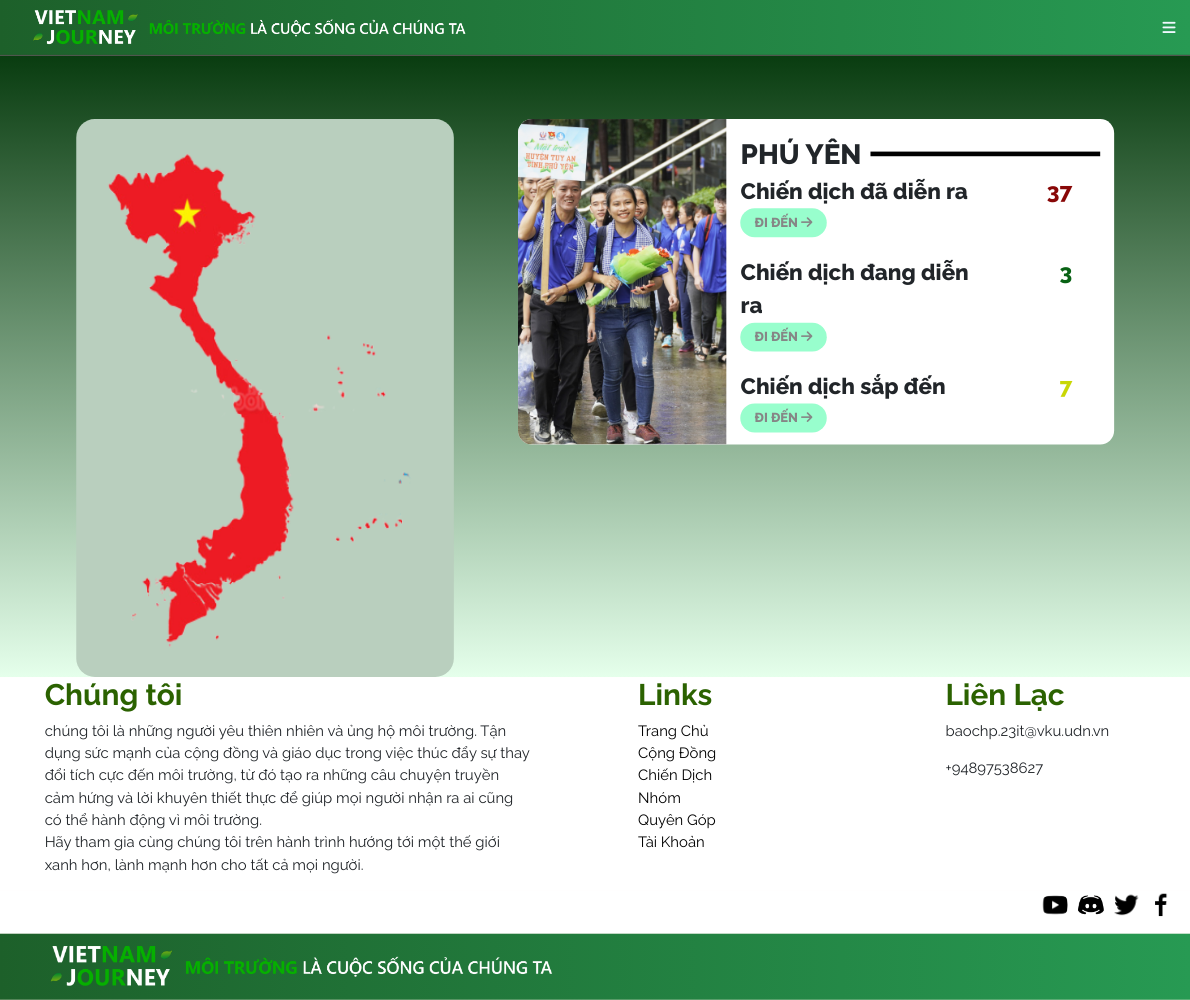
Repository: Boima12/Boima12.github.io_VietnamJourney
Page: HTML/ChienDich/ChienDich.html
An editor plug-in stored every save of this project. The page is shown before and after the next save, followed by the edit.
The browser window is 1280 px wide. The pictures show the whole page, at 93% of full size.

Above is the page before, as saved 2024-05-25 08:06:23.

### HTML/ChienDich/ChienDich.html
<!DOCTYPE html>
<HTML lang="en">

<HEAD>
    <TITLE>Chiến Dịch</TITLE>
    <meta charset="UTF-8">
    <meta name="viewport" content="width=device-width, initial-scale=1.0">

    <!-- CSS -->
    <link rel="stylesheet" href="ChienDich.css">

    <!-- Favicon -->
    <link rel="icon" type="image/x-icon" href="../../Images/yo.ico">

    <!--Bootstrap 5-->
    <link href="https://cdn.jsdelivr.net/npm/bootstrap@5.3.3/dist/css/bootstrap.min.css" rel="stylesheet">
    <script src="https://cdn.jsdelivr.net/npm/bootstrap@5.3.3/dist/js/bootstrap.bundle.min.js"></script>
    <!-- <link rel="stylesheet" href="https://cdn.jsdelivr.net/npm/bootstrap@4.6.2/dist/css/bootstrap.min.css" integrity="sha384-xOolHFLEh07PJGoPkLv1IbcEPTNtaed2xpHsD9ESMhqIYd0nLMwNLD69Npy4HI+N" crossorigin="anonymous"> -->
    <!-- Font Awesome -->
    <link rel="stylesheet" href="https://cdnjs.cloudflare.com/ajax/libs/font-awesome/6.5.1/css/all.min.css">
</HEAD>



<BODY style="background-color: #FFF4E6;">

    <!-- header là Navigation bar -->
    <header id="header1">
        <div class="logo">
            <img class="logo1" src="../../Images/header1.png" onclick="navToIntro()" style="height: 40px;">
            <img class="logo2" src="../../Images/header2.png" onclick="navToIntro()">
        </div>

        <div class="links">
            <nav>
                <a href="../TrangChu/TrangChu.html">TRANG CHỦ</a>
                <a href="../CongDong/CongDong.html">CỘNG ĐỒNG</a>
                <a href="../ChienDich/ChienDich.html">CHIẾN DỊCH</a>
                <a href="../Nhom/Nhom.html">NHÓM</a>
                <a href="../QuyenGop/QuyenGop.html">QUYÊN GÓP</a>
                <a href="../TaiKhoan/TaiKhoan.html">TÀI KHOẢN</a>
            </nav>
        </div>

        <div class="bar" onclick="MenuBar()">
            <i class="fa-solid fa-bars"></i>
        </div>

        <div id="overlay"></div>

        <div id="sidebar">
            <div class="sidebar-content">

                <div style="color: aliceblue;text-align: right;margin-top:0;" onclick="CloseBar()"><i
                        class="fa-solid fa-bars"></i></div>

                <!-- <p>VỀ CHÚNG TÔI <i class="fa-regular fa-address-card"></i></p> -->
                <a href="../TrangChu/TrangChu.html">TRANG CHỦ <i class="fa-solid fa-house"></i></a>
                <a href="../CongDong/CongDong.html">CỘNG ĐỒNG <i class="fa-solid fa-earth-americas"></i></a>
                <a href="../ChienDich/ChienDich.html">CHIẾN DỊCH <i class="fa-solid fa-fire"></i></a>
                <a href="../Nhom/Nhom.html">NHÓM <i class="fa-solid fa-people-group"></i></a>
                <a href="../QuyenGop/QuyenGop.html">QUYÊN GÓP <i class="fa-solid fa-hand-holding-dollar"></i></a>
                <a href="../TaiKhoan/TaiKhoan.html">TÀI KHOẢN <i class="fa-solid fa-user"></i></a>
            </div>

        </div>

    </header>
    <div style="height: 3rem;"></div> <!-- Cách một khoảng cho navigation bar -->















<!-- LÀM Ở ĐÂY -->
    <div class="section-one">
        <div class="container">
            <div class="row">
                <div class="col-xl-5  col-lg-5 col-md-12 col-sm-12 col-12">
                    <div class="map">
                        <img src="./images/bando.png" alt="bản đồ việt nam">
                    </div>
                </div>
                <div class="col-xl-7 col-lg-7 col-md-12 col-sm-12 col-12">
                    <div class="right">
                        <div class="search">
                            <div class="inner-search"></div>
                            <div class="inner-combobox"></div>
                        </div>
                        <div class="content">
                            <img src="./images/anh1.jpg" alt="">
                            <div class="inner-content">
                                <div class="inner-title">
                                    <div class="inner-text">PHÚ YÊN</div>
                                    <div class="inner-line"></div>
                                </div>
                                <div class="part">
                                    <div class="inner-content">
                                        <div class="inner-title">Chiến dịch đã diễn ra</div>
                                        <div class="inner-button">ĐI ĐẾN <i class="fa-solid fa-arrow-right"></i></div>
                                    </div>
                                    <div class="inner-count red">37</div>
                                </div>
                                <div class="part">
                                    <div class="inner-content">
                                        <div class="inner-title">Chiến dịch đang diễn ra</div>
                                        <div class="inner-button">ĐI ĐẾN <i class="fa-solid fa-arrow-right"></i></div>
                                    </div>
                                    <div class="inner-count green">3</div>
                                </div>
                                <div class="part">
                                    <div class="inner-content">
                                        <div class="inner-title">Chiến dịch sắp đến</div>
                                        <div class="inner-button">ĐI ĐẾN <i class="fa-solid fa-arrow-right"></i></div>
                                    </div>
                                    <div class="inner-count yellow">7</div>
                                </div>
                            </div>
                        </div>
                    </div>
                </div>
            </div>
        </div>
    </div>















    <footer>
        <div class="up">
            <div id="about">
                <h2>Chúng tôi</h2>
                <p>chúng tôi là những người yêu thiên nhiên và ủng hộ môi trường. Tận dụng sức mạnh của cộng đồng và giáo dục trong việc thúc đẩy sự thay đổi tích cực đến môi trường, từ đó tạo ra những câu chuyện truyền cảm hứng và lời khuyên thiết thực để giúp mọi người nhận ra ai cũng có thể hành động vì môi trường.<br>
                    Hãy tham gia cùng chúng tôi trên hành trình hướng tới một thế giới xanh hơn, lành mạnh hơn cho tất cả mọi người.
                </p>
            </div>

            <div id="quickLinks">
                <h2>Links</h2>
                <a href="../../HTML/TrangChu/TrangChu.html">Trang Chủ</a>
                <a href="../../HTML/CongDong/CongDong.html">Cộng Đồng</a>
                <a href="../../HTML/ChienDich/ChienDich.html">Chiến Dịch</a>
                <a href="../../HTML/Nhom/Nhom.html">Nhóm</a>
                <a href="../../HTML/QuyenGop/QuyenGop.html">Quyên Góp</a>
                <a href="../../HTML/TaiKhoan/TaiKhoan.html">Tài Khoản</a>
            </div>

            <div id="contacts">
                <h2>Liên Lạc</h2>
                <p>baochp.23it@vku.udn.vn</p>
                <p>+94897538627</p>
            </div>
        </div>


        <div class="mid">
            <a href="https://www.youtube.com/channel/UC1cpkfqLNp6I1HgNy2MUhUg"><img src="../../Images/youtube_icon.png"></a>
            <a href="https://discord.com/invite/45fkbZcj"><img src="../../Images/discord_icon.png"></a>
            <a href="https://x.com/dog_rates"><img src="../../Images/twitter_icon.png"></a>
            <a href="https://web.facebook.com/vku.udn.vn/?_rdc=1&_rdr"><img src="../../Images/facebook_icon.png"></a>
        </div>


        <div class="bot">
            <img class="logo1" src="../../Images/header1.png">
            <img class="logo2" src="../../Images/header2.png">
        </div>
    </footer>


    <!-- JavaScript -->
    <script src="../../Script/ChienDich.js"></script>
    <noscript>Your Browser doesn't support JavaScript</noscript>

</BODY>

</HTML>

### HTML/ChienDich/ChienDich.css
/* IMPORTING */
@font-face {
    font-family: Raleway;
    src: url("../../Fonts/Raleway-VariableFont_wght.ttf");
}

/* END IMPORTING */

/*BASE*/
* {
    box-sizing: border-box;
}

:root {
    --color-bg: #05390C;
    --color-green: #00FF0A;
    --color-text: #000000;
    --color-desc: #868686;
  }

body {
    color: var(--color-text);
}

/*BASE*/

/* Loại bỏ margin - padding global */
* {
    margin: 0px;
    padding: 0px;
}


/* global font */
* {
    font-family: Raleway;
}



/* NAVIGATION BAR */
header {
    display: flex;
    align-items: center;
    justify-content: space-between;
    position: fixed;
    width: 100%;
    height: 60px;
    border-bottom: 1.5px solid rgb(97, 94, 94);
    background: linear-gradient(to right, rgb(29, 96, 42), rgb(39, 154, 83));
    z-index: 999;
}


header div.logo img {
    width: auto;
    height: 2.9rem;
    /* margin-left: 3rem; */
}

header div.logo img.logo1 {
    display: block;
    padding-left: 10px;
    margin: 20px;
}

header div.logo img.logo2 {
    display: none;
}


header div.links nav {
    display: flex;
    justify-content: space-around;
    width: 100%;
}


header div.links nav a {
    margin: 0;
    padding: 0 1rem;

    cursor: pointer;

    text-decoration: none;
    color: white;
    font-size: 16px;
    font-weight: 600;
}


header div.links nav a:hover {
    color: #b8e994;
}


header div.bar {
    display: none;
    margin-right: 1rem;

    color: aliceblue;
    text-align: right;
}


header #overlay {
    display: none;
    position: fixed;

    top: 0;
    left: 0;
    width: 100%;
    height: 100%;

    background-color: rgba(0, 0, 0, 0.8);

    z-index: 9999;
}


header #sidebar {
    display: flex;
    justify-content: flex-end;
    float: right;

    position: fixed;

    top: 0;
    right: -20%;
    width: 20%;
    height: 100%;
    border: none;
    overflow: hidden;

    background: linear-gradient(to top, rgb(37, 79, 46), rgb(53, 189, 105));

    transition: right 0.3s ease-in-out;
    z-index: 10000;

}


header #sidebar.open {
    right: 0;
}


header #sidebar div.sidebar-content {
    display: flex;
    flex-direction: column;
    overflow-y: auto;
    overflow-x: hidden;
    padding: 1.5rem;
    width: 100%;
}


header #sidebar div.sidebar-content a {
    text-align: right;
    text-decoration: none;
    font-size: 1.2rem;

    color: aliceblue;
    margin-top: 1.5rem;

    margin-right: 0;
}


header #sidebar div.sidebar-content a:hover {
    color: #b8e994;
}


header #sidebar div.sidebar-content i {
    font-size: smaller;
}

/* END NAVIGATION BAR */

/* SECTION-ONE */
.section-one {
    background-image: linear-gradient(to bottom, #05390C, #E5FFEB);
    padding-top: 80px;
}

.map {
    width: 90%;
    position: relative;
    border-radius: 20px;
    max-width: 100%;
    overflow: hidden;
    height: 600px;
    object-fit: cover;
    background-color: #b9cfbe ;
}

.map img {
    width: 100%;
    height: 100%;
}

.right {
    height: 600pxx;
}

.right .content {
    display: flex;
    border-radius: 15px;
    overflow: hidden;
    height: 350px;
    background-color: white;
}

.right .content img {
    width: 35%;
    height: auto;
    object-fit: cover;
}

.right .content .inner-content {
    width: 65%;
    padding: 15px;
}

.right .content .inner-content .inner-title {
    width: 100%;
    font-size: 30px;
    font-weight: 800;
    display: flex;
    align-items: center;
}

.right .content .inner-content .inner-title .inner-text {
    display: inline-block;
}

.right .content .inner-content .inner-title .inner-line {
    flex-grow: 1;
    position: relative;
    height: 5px;
    background-color: #000000;
    line-height: 100%;
    margin-left: 10px;
}

.right .content .inner-content .part {
    width: 100%;
    display: flex;
    justify-content: space-between;
    margin-bottom: 20px;
}

.right .content .inner-content .part .inner-content {
    padding: 0;
}

.right .content .inner-content .part .inner-content .inner-title{
    font-size: 24px;
}

.right .content .inner-content .part .inner-content .inner-button {
    font-size: 14px;
    font-weight: 800;
    color: var(--color-desc);
    background-color: #98FECD;
    display: inline-block;
    padding: 5px 15px 5px 15px;
    border-radius: 20px;
}

.right .content .inner-content .part .inner-count {
    font-size: 24px;
    font-weight: 800;
    text-align: center;
    margin-right: 30px;
}

.right .content .inner-content .part .red {
    color: #880707;
}

.right .content .inner-content .part .green {
    color: #086214;
}

.right .content .inner-content .part .yellow {
    color: #c9d705;
}

/* END SECTION-ONE */











































/* Code CSS ở đây */






































/* FOOTER */
footer div.up {
    display: flex;
    justify-content: space-around;
    gap: 1.2rem;
    width: 100%;

    background-color: white;

}


footer div.up h2 {
    font-weight: bold;
    color: #2B6200;
}


footer div.up #about {
    display: flex;
    flex-direction: column;
    justify-content: flex-start;

    width: 50%;
    padding-left: 3rem;
    padding-right: 3rem;
}


footer div.up #quickLinks {
    display: flex;
    flex-direction: column;
    justify-content: flex-start;

    width: 25%;
    padding-left: 3rem;
    padding-right: 3rem;
}


footer div.up #quickLinks a {
    text-decoration: none;
    color: black;
}


footer div.up #contacts {
    display: flex;
    flex-direction: column;
    justify-content: flex-start;

    width: 25%;
    padding-left: 3rem;
    padding-right: 3rem;
}


footer div.mid {
    display: flex;
    justify-content: flex-end;
    gap: 0.5rem;

    width: 100%;
    padding-right: 1rem;
    padding-bottom: 1rem;
    background-color: white;
}


footer div.mid a img {
    width: 30px;
    height: 30px;
}


footer div.bot {
    display: flex;
    justify-content: flex-start;

    padding-left: 3rem;
    padding-top: 0.75rem;
    padding-bottom: 0.75rem;
    width: 100%;

    background: linear-gradient(to right, rgb(29, 96, 42), rgb(39, 154, 83));
}


footer div.bot img {
    width: auto;
    height: 2.9rem;
}


footer div.bot img.logo1 {
    display: block;
}


footer div.bot img.logo2 {
    display: none;
}


/* END FOOTER */













/* RESPONSIVE DESIGN */
@media (max-width: 1380px) {
    header div.links nav a {
        display: none;
    }

    header div.bar  {
        display: block;
    }

    header #sidebar {
        right: -30%;
        width: 30%;
    }
}


@media (max-width: 950px) {
    footer div.up {
        flex-direction: column;
    }

    footer div.up #about {
        width: 100%;
    }

    footer div.up #quickLinks {
        width: 100%;
    }

    footer div.up #contacts {
        width: 100%;
    }
}


@media (max-width: 630px) {
    header {
        height: 3.5rem;
    }

    header div.logo img.logo1 {
        display: none;
    }

    header div.logo img.logo2 {
        display: block;
    }

    header div.logo img {
        width: auto;
        height: 3.5rem;
        margin-left: 14rem;
    }

    header #sidebar {
        right: -50%;
        width: 50%;
    }

    footer div.bot {
        justify-content: center;
        padding-left: 0rem;
    }

    footer div.bot img {
        height: 3.5rem;
    }

    footer div.bot img.logo1 {
        display: none;
    }

    footer div.bot img.logo2 {
        display: block;
    }
}


@media (max-width: 560px) {
    header div.logo img {
        margin-left: 8rem;
    }

    header #sidebar {
        right: -60%;
        width: 60%;
    }
}


@media (max-width: 320px) {
    header div.logo img {
        margin-left: 5rem;
    }
}

/* END RESPONSIVE DESIGN */

### Script/ChienDich.js
// header menu bar
const overlay = document.getElementById('overlay');
const sidebar = document.getElementById('sidebar');

function MenuBar() {
    overlay.style.display = 'block';
    sidebar.classList.add('open');
}

function CloseBar() {
    overlay.style.display = 'none';
    sidebar.classList.remove('open');
}


// back to intro when click the logo
function navToIntro() {
    window.location.href = '../../index.html';
}


// navigation bar background transparency
// const header = document.getElementById('header1');
// function toggle_header() {
//     if (window.screenY == 0) {
//         header.style.background = 'linear-gradient(to right, rgba(29, 96, 42, 0), rgba(39, 154, 83, 0))';
//     } else if (window.screenY < 210) {
//         header.style.background = 'linear-gradient(to right, rgba(29, 96, 42, ' + parseInt(window.scrollY)*2 / 300 + '), rgba(39, 154, 83, ' + parseInt(window.scrollY)*2 / 300 + '))';
//     } else {
//         header.style.background = 'linear-gradient(to right, rgba(29, 96, 42, 0.7), rgba(39, 154, 83, 0.7))';
//     }
// }

// window.addEventListener('scroll', toggle_header);

After the next save:
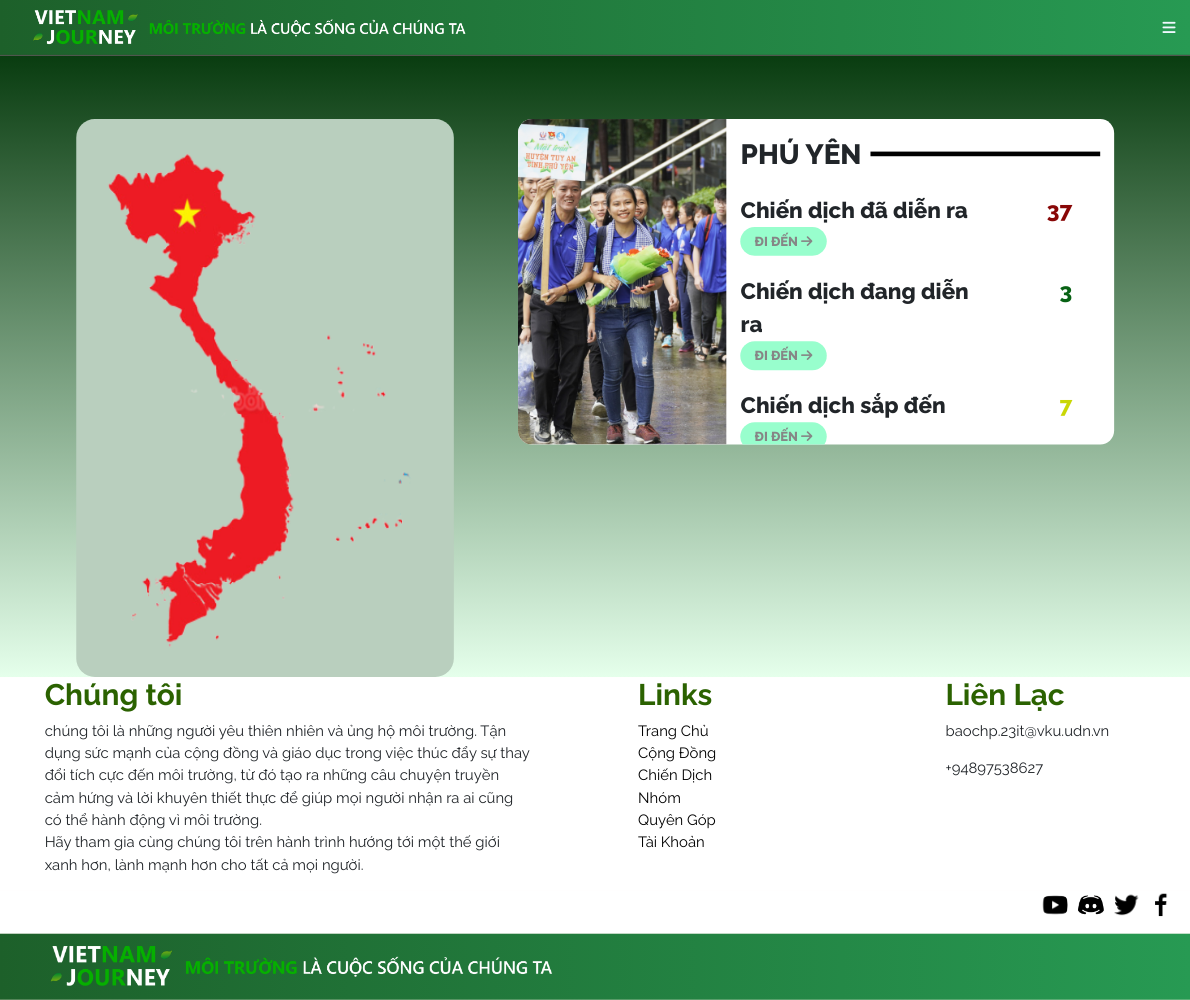
Saved 13 s later.
--- a/HTML/ChienDich/ChienDich.css
+++ b/HTML/ChienDich/ChienDich.css
@@ -248,7 +248,7 @@ header #sidebar div.sidebar-content i {
     width: 100%;
     display: flex;
     justify-content: space-between;
-    margin-bottom: 20px;
+    margin-top: 20px;
 }
 
 .right .content .inner-content .part .inner-content {
